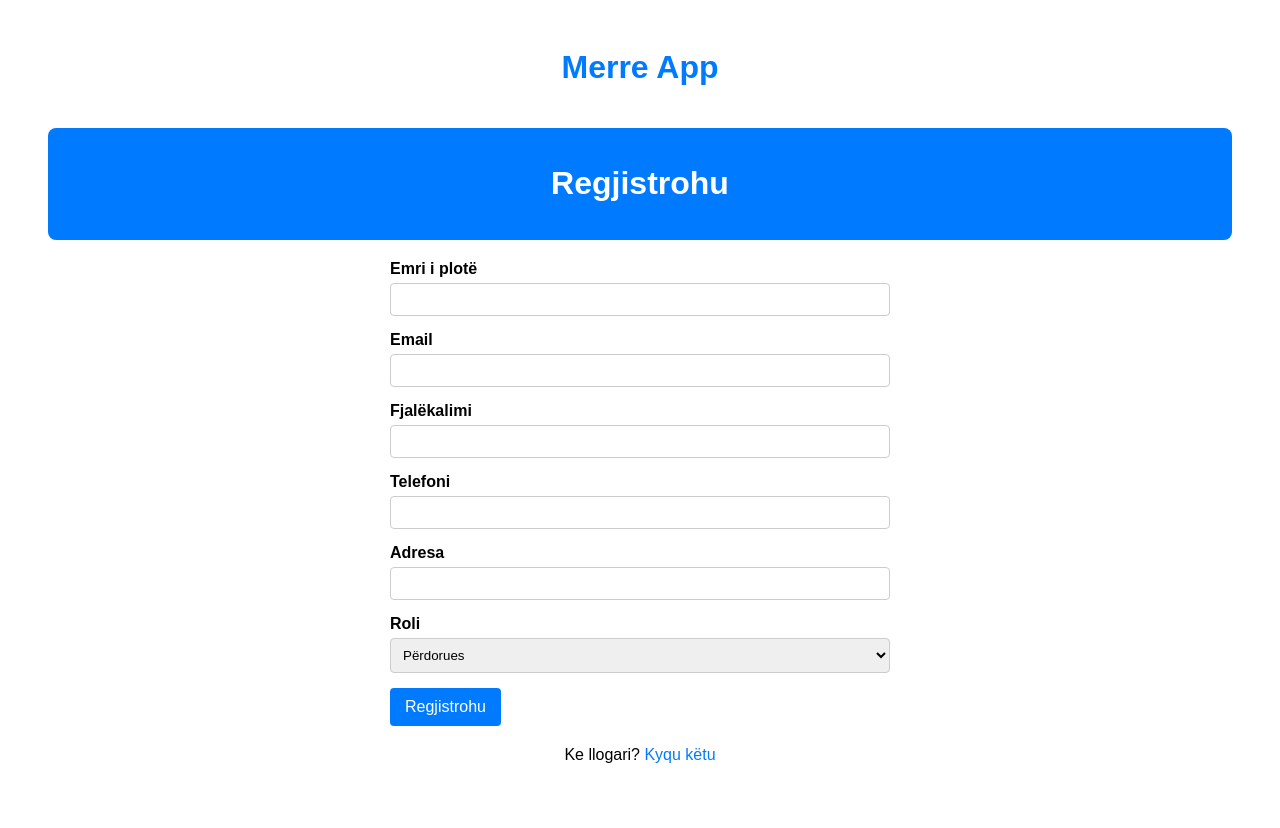
Repository: EPllana/merre
Page: /register (app in my-app/)
The author's editor kept a copy of each file at every save. The page is drawn from the files as they stood at one save, then again after the next save.
The browser window is 1280 px wide. The pictures show the whole page.
The project was rebuilt for these pictures with package versions that can differ from the ones it lists, and the page was loaded fresh each time. Also part of the build but not shown: my-app/vite.config.js, my-app/src/pages/Login.jsx.

Above is the page before, as saved 2025-07-29 00:07:20.

After the next save:
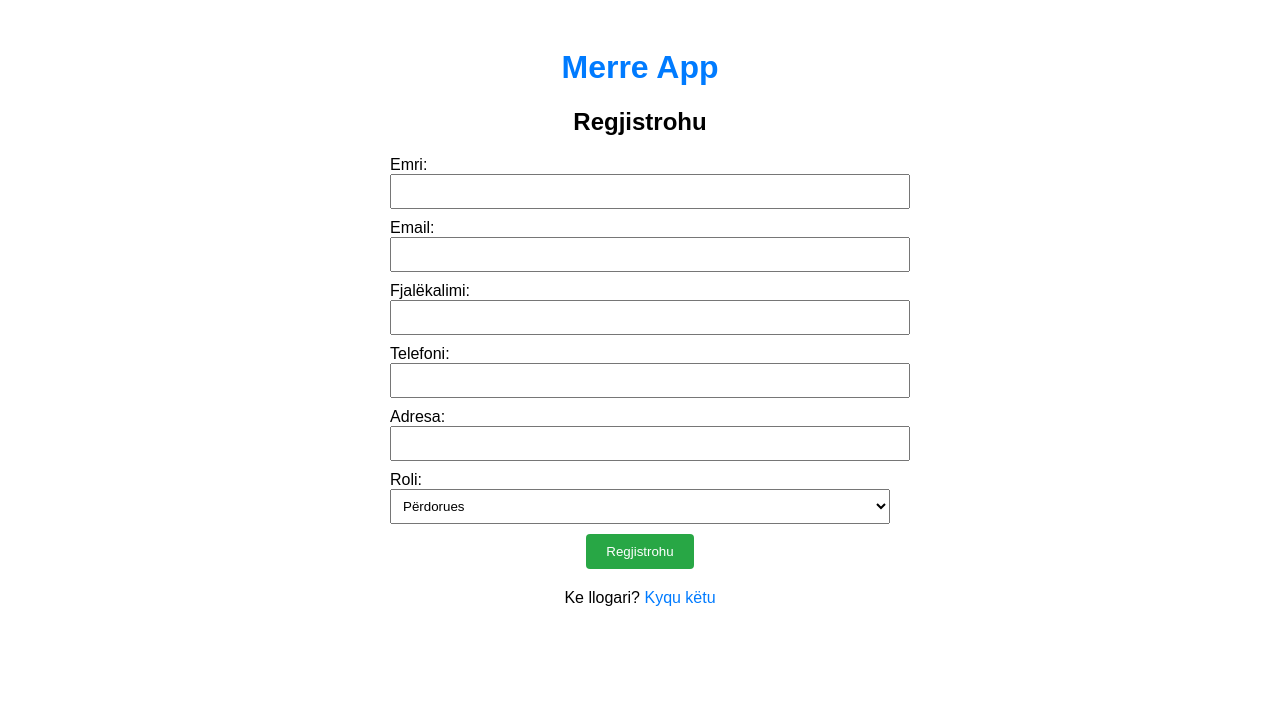
Saved 11 s later.
--- a/my-app/src/pages/Register.jsx
+++ b/my-app/src/pages/Register.jsx
@@ -1,120 +1,125 @@
 // src/pages/Register.jsx
 import React, { useState } from 'react';
-import { useNavigate } from 'react-router-dom';
-import API from '../services/api';
+import axios from 'axios';
 
 const Register = () => {
   const [formData, setFormData] = useState({
     name: '',
     email: '',
     password: '',
-    role: 'user', // ose "worker" nëse dëshiron
     phone: '',
-    address: ''
+    address: '',
+    role: 'user',
   });
+  const [message, setMessage] = useState('');
   const [error, setError] = useState('');
-  const [success, setSuccess] = useState('');
-  const navigate = useNavigate();
 
   const handleChange = (e) => {
     setFormData({
       ...formData,
-      [e.target.name]: e.target.value
+      [e.target.name]: e.target.value,
     });
   };
 
   const handleSubmit = async (e) => {
     e.preventDefault();
     try {
-      const res = await API.post('/register', formData);
-      setSuccess('Regjistrimi u krye me sukses! Tani mund të kyqesh.');
+      const res = await axios.post('http://localhost:5000/api/register', formData);
+      setMessage('Regjistrimi u krye me sukses!');
       setError('');
-      setTimeout(() => {
-        navigate('/login');
-      }, 2000);
+      console.log('User i krijuar:', res.data.user);
     } catch (err) {
-      setError(err.response?.data?.message || 'Regjistrimi dështoi. Provo përsëri.');
-      setSuccess('');
+      setError(err.response?.data?.message || 'Regjistrimi dështoi');
+      setMessage('');
     }
   };
 
   return (
-    <div className="container">
-      <div className="header">
-        <h1>Regjistrohu</h1>
-      </div>
-
-      {error && <p style={{ color: 'red', textAlign: 'center' }}>{error}</p>}
-      {success && <p style={{ color: 'green', textAlign: 'center' }}>{success}</p>}
-
-      <form onSubmit={handleSubmit} style={{ maxWidth: '500px', margin: '0 auto' }}>
-        <div className="form-group">
-          <label>Emri i plotë</label>
+    <div style={{ maxWidth: '500px', margin: '0 auto', textAlign: 'center' }}>
+      <h2>Regjistrohu</h2>
+      {error && <p style={{ color: 'red' }}>{error}</p>}
+      {message && <p style={{ color: 'green' }}>{message}</p>}
+      <form onSubmit={handleSubmit}>
+        <div style={{ marginBottom: '10px', textAlign: 'left' }}>
+          <label>Emri:</label>
           <input
             type="text"
             name="name"
             value={formData.name}
             onChange={handleChange}
+            style={{ width: '100%', padding: '8px' }}
             required
           />
         </div>
-
-        <div className="form-group">
-          <label>Email</label>
+        <div style={{ marginBottom: '10px', textAlign: 'left' }}>
+          <label>Email:</label>
           <input
             type="email"
             name="email"
             value={formData.email}
             onChange={handleChange}
+            style={{ width: '100%', padding: '8px' }}
             required
           />
         </div>
-
-        <div className="form-group">
-          <label>Fjalëkalimi</label>
+        <div style={{ marginBottom: '10px', textAlign: 'left' }}>
+          <label>Fjalëkalimi:</label>
           <input
             type="password"
             name="password"
             value={formData.password}
             onChange={handleChange}
+            style={{ width: '100%', padding: '8px' }}
             required
             minLength="6"
           />
         </div>
-
-        <div className="form-group">
-          <label>Telefoni</label>
+        <div style={{ marginBottom: '10px', textAlign: 'left' }}>
+          <label>Telefoni:</label>
           <input
             type="text"
             name="phone"
             value={formData.phone}
             onChange={handleChange}
+            style={{ width: '100%', padding: '8px' }}
           />
         </div>
-
-        <div className="form-group">
-          <label>Adresa</label>
+        <div style={{ marginBottom: '10px', textAlign: 'left' }}>
+          <label>Adresa:</label>
           <input
             type="text"
             name="address"
             value={formData.address}
             onChange={handleChange}
+            style={{ width: '100%', padding: '8px' }}
           />
         </div>
-
-        <div className="form-group">
-          <label>Roli</label>
-          <select name="role" value={formData.role} onChange={handleChange}>
+        <div style={{ marginBottom: '10px', textAlign: 'left' }}>
+          <label>Roli:</label>
+          <select name="role" value={formData.role} onChange={handleChange} style={{ width: '100%', padding: '8px' }}>
             <option value="user">Përdorues</option>
             <option value="worker">Punonjës</option>
           </select>
         </div>
-
-        <button type="submit" className="btn btn-primary">Regjistrohu</button>
+        <button
+          type="submit"
+          style={{
+            backgroundColor: '#28a745',
+            color: 'white',
+            padding: '10px 20px',
+            border: 'none',
+            borderRadius: '4px',
+            cursor: 'pointer',
+          }}
+        >
+          Regjistrohu
+        </button>
       </form>
-
-      <p style={{ textAlign: 'center', marginTop: '20px' }}>
-        Ke llogari? <a href="/login">Kyqu këtu</a>
+      <p style={{ marginTop: '20px' }}>
+        Ke llogari?{' '}
+        <a href="/login" style={{ color: '#007bff' }}>
+          Kyqu këtu
+        </a>
       </p>
     </div>
   );
